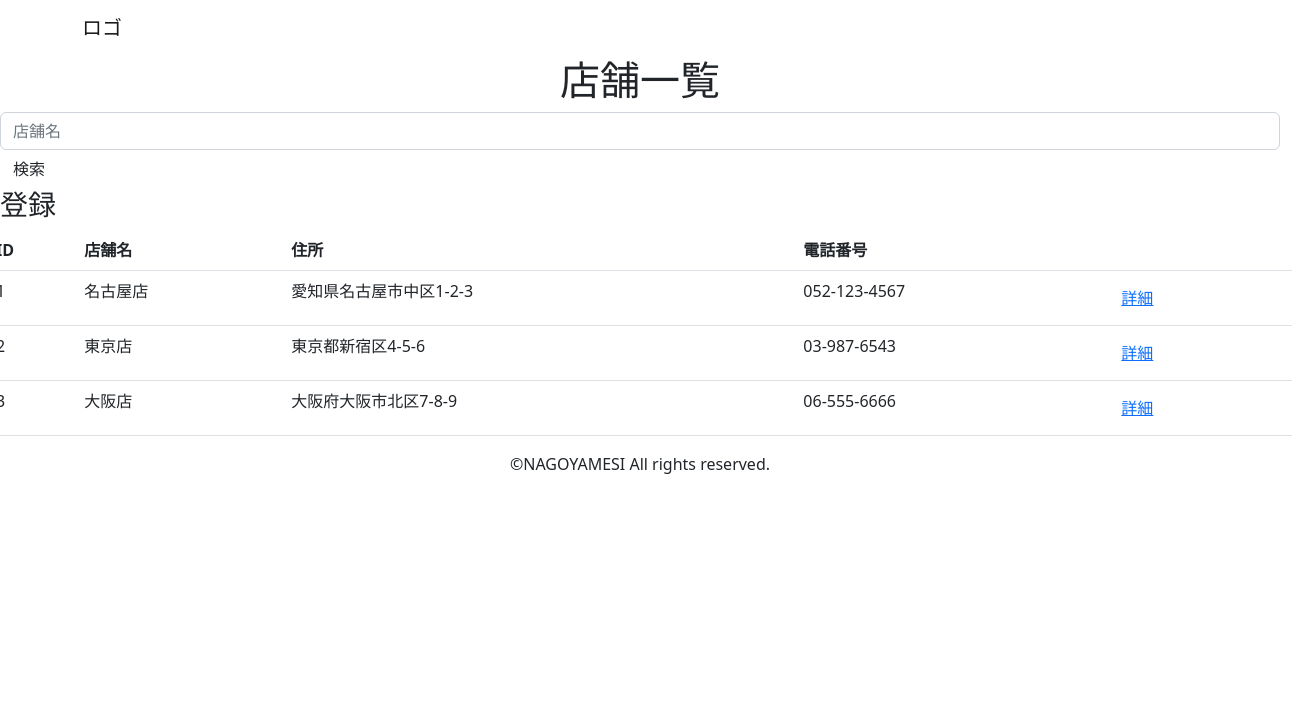
Repository: masa1228ew/taberogu
Page: http://localhost/admin/shop/index
The author's editor kept a copy of each file at every save. The page is drawn from the files as they stood at one save, then again after the next save.
The browser window is 1280 px wide. The page is 1292 px wide, then 1291 px, so the pictures cover 1292 px, including what lies to the right of the window. The pictures show the whole page.
The page is this project's Thymeleaf template; nobody is signed in. The template is opened directly, without the code that normally fills it, so the values that code supplies are empty.

Above is the page before, as saved 2024-11-17 14:03:26.

### taberogu/taberogu/src/main/resources/templates/admin/shop/index.html
<!DOCTYPE html>
<html xmlns:th="https://www.thymeleaf.org">
	<head>
		 <meta charset="UTF-8">
         <meta name="viewport" content="width=device-width, initial-scale=1">
         <link href="https://cdn.jsdelivr.net/npm/bootstrap@5.2.3/dist/css/bootstrap.min.css" rel="stylesheet" integrity="sha384-rbsA2VBKQhggwzxH7pPCaAqO46MgnOM80zW1RWuH61DGLwZJEdK2Kadq2F9CUG65" crossorigin="anonymous">
          <link rel="preconnect" href="https://fonts.googleapis.com">
         <link rel="preconnect" href="https://fonts.gstatic.com" crossorigin>
         <link href="https://fonts.googleapis.com/css2?family=Noto+Sans+JP:wght@400;500&display=swap" rel="stylesheet">

<!--         <link th:href="#" rel="stylesheet" >-->
         <title>店舗一覧</title>
	</head>
	<body>
		<nav class="navbar navbar-light">
			<div class="container">
				<a class="navbar-brand" th:href="@{/}">
					ロゴ
				</a>
			</div>
		</nav>

	<main>
		<div class="row justify-content-center">
			<h1 class="text-center">店舗一覧</h1>
			<div class="justify-content-between">
				<form>
					<input type="text" class="form-control" name="keyword" placeholder="店舗名">
					<button type="submit" class="btn">検索</button>
				</form>
<!--				<a href="#" class="btn text-white">登録</a>-->
<h3>登録</h3>
			</div>
			<table class="table">
				<thead>
				 <tr>
					<th scope="col">ID</th>
					<th scope="col">店舗名</th>
					<th scope="col">住所</th>
					<th scope="col">電話番号</th>
					<th scope="col"></th>
				 </tr>
				</thead>
				<tbody>
<!--					<tr th:each="#">-->
<!--						<td th:text="#"></td>-->
<!--						<td th:text="#"></td>-->
<!--						<td th:text="#"></td>-->
<!--						<td th:text="#"></td>-->
<!--						<td><a href="#">詳細</a></td>-->
<!--					</tr>-->
 <tr>
                        <td>1</td>
                        <td>名古屋店</td>
                        <td>愛知県名古屋市中区1-2-3</td>
                        <td>052-123-4567</td>
                        <td><a href="#" class="btn btn-link">詳細</a></td>
                    </tr>
                    <tr>
                        <td>2</td>
                        <td>東京店</td>
                        <td>東京都新宿区4-5-6</td>
                        <td>03-987-6543</td>
                        <td><a href="#" class="btn btn-link">詳細</a></td>
                    </tr>
                    <tr>
                        <td>3</td>
                        <td>大阪店</td>
                        <td>大阪府大阪市北区7-8-9</td>
                        <td>06-555-6666</td>
                        <td><a href="#" class="btn btn-link">詳細</a></td>
                    </tr>
				</tbody>
			</table>
		</div>
	</main>
	<footer>
		<div class="justify-content-center">
			<p class="text-center">&copy;NAGOYAMESI  All rights reserved.</p>
		</div>
	</footer>
	</body>
</html>

### taberogu/taberogu/src/main/resources/static/css/style.css
html {
   font-size: 14px;
 }

 body {
   font-family: 'Noto Sans JP', sans-serif;
 }

 h1 {
   font-size: 1.5rem;
 }

 a {
   color: #5196a6;
   text-decoration: none !important;
 }

 a:hover {
     color: #407784;
 }

 footer {
   width: 100%;
   height: 60px;
   position: absolute;
   bottom: 0;
   background-color: #f2f0eb;
 }

After the next save:
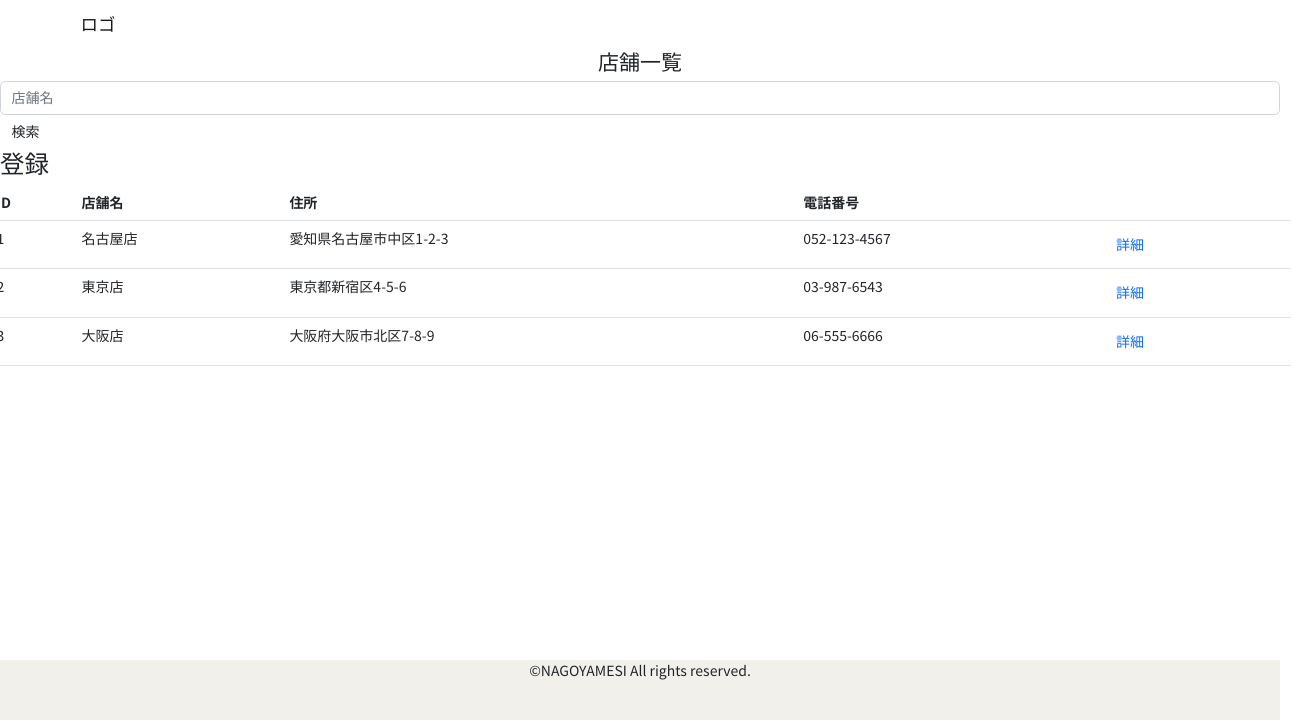
Saved 24 s later.
--- a/taberogu/taberogu/src/main/resources/templates/admin/shop/index.html
+++ b/taberogu/taberogu/src/main/resources/templates/admin/shop/index.html
@@ -8,7 +8,7 @@
          <link rel="preconnect" href="https://fonts.gstatic.com" crossorigin>
          <link href="https://fonts.googleapis.com/css2?family=Noto+Sans+JP:wght@400;500&display=swap" rel="stylesheet">
 
-<!--         <link th:href="#" rel="stylesheet" >-->
+ <link th:href="@{/css/style.css}" rel="stylesheet" >
          <title>店舗一覧</title>
 	</head>
 	<body>
